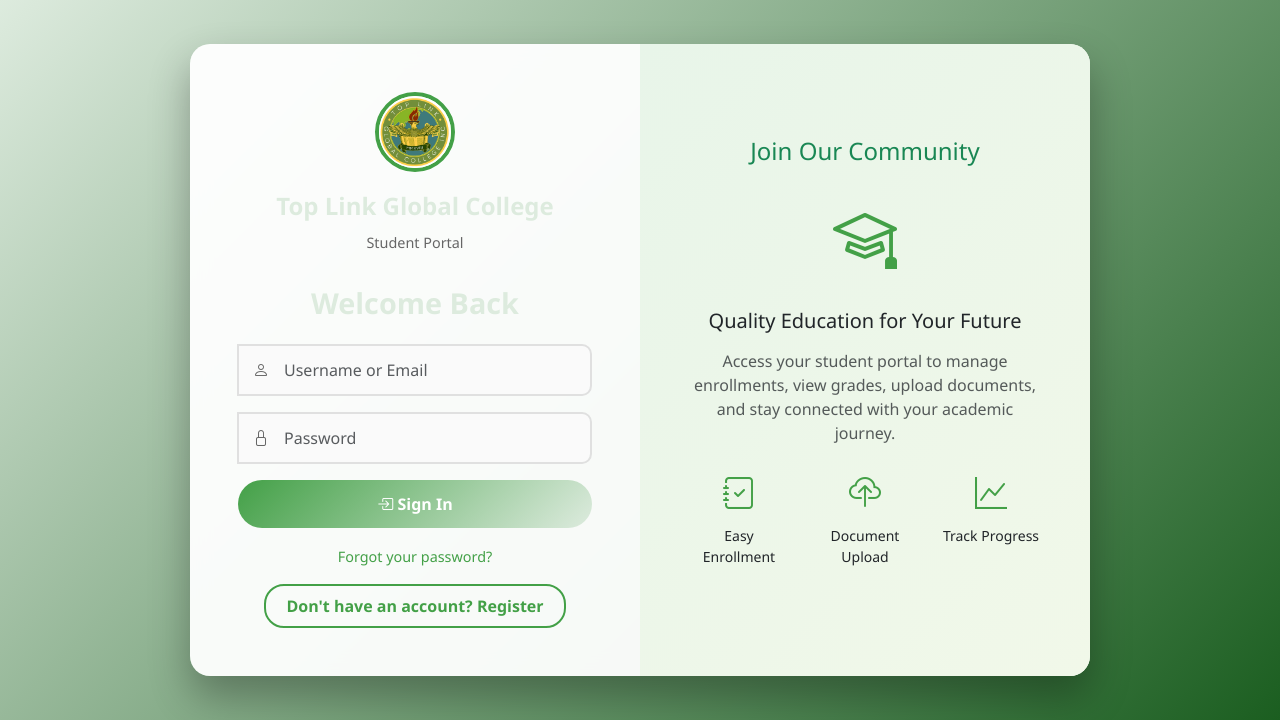
Repository: partymaker01/IT2C_Enrollment_System_SourceCode
Page: http://localhost/IT2C_Enrollment_System_SourceCode/logregfor/login.php
These files come from the project's save history. The page is drawn as it stood at one moment and after the next save; the edit follows.
The browser window is 1280 px wide. The pictures show the whole page.
The page is run by PHP 8.4 with error messages shown; the project is at /var/www/html/.

Above is the page before, as saved 2025-06-08 22:56:34.

### logregfor/login.php
<?php
session_start();

// Redirect if already logged in
if (isset($_SESSION['student_id'])) {
    header("Location: ../student/student-dashboard.php");
    exit;
}

require_once '../db.php';

$message = '';
$messageType = '';

// Handle Registration
if ($_SERVER['REQUEST_METHOD'] === 'POST' && ($_POST['form_action'] ?? '') === 'register') {
    $username = trim($_POST['username'] ?? '');
    $firstName = trim($_POST['first_name'] ?? '');
    $middleName = trim($_POST['middle_name'] ?? '');
    $lastName = trim($_POST['last_name'] ?? '');
    $email = trim($_POST['email'] ?? '');
    $password = $_POST['password'] ?? '';
    $confirmPassword = $_POST['confirm_password'] ?? '';

    $errors = [];

    // Validation
    if (empty($username)) $errors[] = "Username is required.";
    if (empty($firstName)) $errors[] = "First name is required.";
    if (empty($lastName)) $errors[] = "Last name is required.";
    if (empty($email) || !filter_var($email, FILTER_VALIDATE_EMAIL)) $errors[] = "Valid email is required.";
    if (empty($password)) $errors[] = "Password is required.";
    if (strlen($password) < 6) $errors[] = "Password must be at least 6 characters long.";
    if ($password !== $confirmPassword) $errors[] = "Passwords do not match.";

    // Check if username or email already exists
    if (empty($errors)) {
        $stmt = $pdo->prepare("SELECT student_id FROM students WHERE username = ? OR email = ?");
        $stmt->execute([$username, $email]);
        if ($stmt->fetch()) {
            $errors[] = "Username or email already exists.";
        }
    }

    if (empty($errors)) {
        try {
            $hashedPassword = password_hash($password, PASSWORD_DEFAULT);
            $stmt = $pdo->prepare("INSERT INTO students (username, first_name, middle_name, last_name, email, password) VALUES (?, ?, ?, ?, ?, ?)");
            $stmt->execute([$username, $firstName, $middleName, $lastName, $email, $hashedPassword]);

            $message = "Registration successful! You can now log in.";
            $messageType = "success";
        } catch (PDOException $e) {
            $errors[] = "Registration failed. Please try again.";
        }
    }

    if (!empty($errors)) {
        $message = implode('<br>', $errors);
        $messageType = "danger";
    }
}

// Handle Login
if ($_SERVER['REQUEST_METHOD'] === 'POST' && ($_POST['form_action'] ?? '') === 'login') {
    $username = trim($_POST['username'] ?? '');
    $password = $_POST['password'] ?? '';

    if (empty($username) || empty($password)) {
        $message = "Please enter both username and password.";
        $messageType = "warning";
    } else {
        try {
            $stmt = $pdo->prepare("SELECT student_id, password, first_name FROM students WHERE username = ? OR email = ?");
            $stmt->execute([$username, $username]);
            $user = $stmt->fetch();

            if ($user && password_verify($password, $user['password'])) {
                $_SESSION['student_id'] = $user['student_id'];
                $_SESSION['student_name'] = $user['first_name'];
                $_SESSION['login_time'] = time();

                header("Location: ../student/student-dashboard.php");
                exit;
            } else {
                $message = "Invalid username/email or password.";
                $messageType = "danger";
            }
        } catch (PDOException $e) {
            $message = "Login failed. Please try again.";
            $messageType = "danger";
        }
    }
}
?>

<!DOCTYPE html>
<html lang="en">
<head>
    <meta charset="UTF-8">
    <meta name="viewport" content="width=device-width, initial-scale=1">
    <title>Student Portal - Top Link Global College</title>
    <link href="https://cdn.jsdelivr.net/npm/bootstrap@5.3.2/dist/css/bootstrap.min.css" rel="stylesheet">
    <link href="https://cdn.jsdelivr.net/npm/bootstrap-icons@1.11.0/font/bootstrap-icons.css" rel="stylesheet">
    <link rel="icon" href="../picture/tlgc_pic.jpg" type="image/x-icon">
    <style>
        :root {
            --primary-green:rgb(221, 235, 222);
            --light-green: #e8f5e9;
            --accent-green: #43a047;
            --hover-green: #c8e6c9;
            --dark-green: #1b5e20;
        }

        body {
            background: linear-gradient(135deg, var(--primary-green) 0%, var(--dark-green) 100%);
            min-height: 100vh;
            font-family: 'Segoe UI', Tahoma, Geneva, Verdana, sans-serif;
            display: flex;
            align-items: center;
            justify-content: center;
        }

        .login-container {
            background: rgba(255, 255, 255, 0.95);
            backdrop-filter: blur(10px);
            border-radius: 20px;
            box-shadow: 0 20px 40px rgba(0, 0, 0, 0.3);
            overflow: hidden;
            width: 100%;
            max-width: 900px;
            min-height: 600px;
            display: flex;
        }

        .login-form-section {
            flex: 1;
            padding: 3rem;
            display: flex;
            flex-direction: column;
            justify-content: center;
        }

        .register-form-section {
            flex: 1;
            padding: 3rem;
            display: flex;
            flex-direction: column;
            justify-content: center;
            background: linear-gradient(135deg, var(--light-green) 0%, #f1f8e9 100%);
        }

        .school-header {
            text-align: center;
            margin-bottom: 2rem;
        }

        .school-logo {
            width: 80px;
            height: 80px;
            object-fit: cover;
            border-radius: 50%;
            border: 4px solid var(--accent-green);
            margin-bottom: 1rem;
        }

        .school-name {
            color: var(--primary-green);
            font-weight: 700;
            font-size: 1.5rem;
            margin-bottom: 0.5rem;
        }

        .school-subtitle {
            color: #666;
            font-size: 0.9rem;
        }

        .form-title {
            color: var(--primary-green);
            font-weight: 700;
            font-size: 1.8rem;
            margin-bottom: 1.5rem;
            text-align: center;
        }

        .form-control {
            border: 2px solid #e0e0e0;
            border-radius: 10px;
            padding: 12px 15px;
            transition: all 0.3s ease;
            background-color: #fafafa;
        }

        .form-control:focus {
            border-color: var(--accent-green);
            box-shadow: 0 0 0 0.25rem rgba(67, 160, 71, 0.25);
            background-color: #fff;
        }

        .btn-login {
            background: linear-gradient(135deg, var(--accent-green) 0%, var(--primary-green) 100%);
            border: none;
            color: white;
            font-weight: 600;
            padding: 12px 30px;
            border-radius: 25px;
            transition: all 0.3s ease;
            width: 100%;
        }

        .btn-login:hover {
            transform: translateY(-2px);
            box-shadow: 0 8px 20px rgba(67, 160, 71, 0.4);
            color: white;
        }

        .btn-toggle {
            background: transparent;
            border: 2px solid var(--accent-green);
            color: var(--accent-green);
            font-weight: 600;
            padding: 8px 20px;
            border-radius: 20px;
            transition: all 0.3s ease;
            margin-top: 1rem;
        }

        .btn-toggle:hover {
            background: var(--accent-green);
            color: white;
        }

        .form-section {
            display: none;
        }

        .form-section.active {
            display: block;
        }

        .input-group {
            position: relative;
            margin-bottom: 1rem;
        }

        .input-group i {
            position: absolute;
            left: 15px;
            top: 50%;
            transform: translateY(-50%);
            color: #666;
            z-index: 10;
        }

        .input-group .form-control {
            padding-left: 45px;
        }

        .forgot-password {
            text-align: center;
            margin-top: 1rem;
        }

        .forgot-password a {
            color: var(--accent-green);
            text-decoration: none;
            font-size: 0.9rem;
        }

        .forgot-password a:hover {
            text-decoration: underline;
        }

        @media (max-width: 768px) {
            .login-container {
                flex-direction: column;
                margin: 1rem;
                min-height: auto;
            }

            .login-form-section,
            .register-form-section {
                padding: 2rem;
            }
        }
    </style>
</head>
<body>
    <div class="login-container">
        <!-- Login Section -->
        <div class="login-form-section">
            <div class="school-header">
                <img src="../picture/tlgc_pic.jpg" alt="School Logo" class="school-logo">
                <div class="school-name">Top Link Global College</div>
                <div class="school-subtitle">Student Portal</div>
            </div>

            <?php if ($message): ?>
                <div class="alert alert-<?= $messageType ?> alert-dismissible fade show" role="alert">
                    <?= $message ?>
                    <button type="button" class="btn-close" data-bs-dismiss="alert"></button>
                </div>
            <?php endif; ?>

            <!-- Login Form -->
            <div class="form-section active" id="loginForm">
                <h3 class="form-title">Welcome Back</h3>
                <form method="POST" action="">
                    <input type="hidden" name="form_action" value="login">

                    <div class="input-group">
                        <i class="bi bi-person"></i>
                        <input type="text" class="form-control" name="username" placeholder="Username or Email" required>
                    </div>

                    <div class="input-group">
                        <i class="bi bi-lock"></i>
                        <input type="password" class="form-control" name="password" placeholder="Password" required>
                    </div>

                    <button type="submit" class="btn-login">
                        <i class="bi bi-box-arrow-in-right"></i> Sign In
                    </button>
                </form>

                <div class="forgot-password">
                    <a href="forgot-password.php">Forgot your password?</a>
                </div>

                <div class="text-center">
                    <button type="button" class="btn-toggle" onclick="toggleForm()">
                        Don't have an account? Register
                    </button>
                </div>
            </div>

            <!-- Register Form -->
            <div class="form-section" id="registerForm">
                <h3 class="form-title">Create Account</h3>
                <form method="POST" action="">
                    <input type="hidden" name="form_action" value="register">

                    <div class="row">
                        <div class="col-md-6">
                            <div class="input-group">
                                <i class="bi bi-person"></i>
                                <input type="text" class="form-control" name="username" placeholder="Username" required>
                            </div>
                        </div>
                        <div class="col-md-6">
                            <div class="input-group">
                                <i class="bi bi-envelope"></i>
                                <input type="email" class="form-control" name="email" placeholder="Email" required>
                            </div>
                        </div>
                    </div>

                    <div class="row">
                        <div class="col-md-4">
                            <div class="input-group">
                                <i class="bi bi-person-badge"></i>
                                <input type="text" class="form-control" name="first_name" placeholder="First Name" required>
                            </div>
                        </div>
                        <div class="col-md-4">
                            <div class="input-group">
                                <i class="bi bi-person-badge"></i>
                                <input type="text" class="form-control" name="middle_name" placeholder="Middle Name">
                            </div>
                        </div>
                        <div class="col-md-4">
                            <div class="input-group">
                                <i class="bi bi-person-badge"></i>
                                <input type="text" class="form-control" name="last_name" placeholder="Last Name" required>
                            </div>
                        </div>
                    </div>

                    <div class="row">
                        <div class="col-md-6">
                            <div class="input-group">
                                <i class="bi bi-lock"></i>
                                <input type="password" class="form-control" name="password" placeholder="Password" required>
                            </div>
                        </div>
                        <div class="col-md-6">
                            <div class="input-group">
                                <i class="bi bi-lock-fill"></i>
                                <input type="password" class="form-control" name="confirm_password" placeholder="Confirm Password" required>
                            </div>
                        </div>
                    </div>

                    <button type="submit" class="btn-login">
                        <i class="bi bi-person-plus"></i> Create Account
                    </button>
                </form>

                <div class="text-center">
                    <button type="button" class="btn-toggle" onclick="toggleForm()">
                        Already have an account? Sign In
                    </button>
                </div>
            </div>
        </div>

        <!-- Info Section -->
        <div class="register-form-section">
            <div class="text-center">
                <h4 class="text-success mb-4">Join Our Community</h4>
                <div class="mb-4">
                    <i class="bi bi-mortarboard" style="font-size: 4rem; color: var(--accent-green);"></i>
                </div>
                <h5 class="mb-3">Quality Education for Your Future</h5>
                <p class="text-muted mb-4">
                    Access your student portal to manage enrollments, view grades,
                    upload documents, and stay connected with your academic journey.
                </p>
                <div class="row text-center">
                    <div class="col-4">
                        <i class="bi bi-journal-check" style="font-size: 2rem; color: var(--accent-green);"></i>
                        <p class="small mt-2">Easy Enrollment</p>
                    </div>
                    <div class="col-4">
                        <i class="bi bi-cloud-upload" style="font-size: 2rem; color: var(--accent-green);"></i>
                        <p class="small mt-2">Document Upload</p>
                    </div>
                    <div class="col-4">
                        <i class="bi bi-graph-up" style="font-size: 2rem; color: var(--accent-green);"></i>
                        <p class="small mt-2">Track Progress</p>
                    </div>
                </div>
            </div>
        </div>
    </div>

    <script src="https://cdn.jsdelivr.net/npm/bootstrap@5.3.2/dist/js/bootstrap.bundle.min.js"></script>
    <script>
        function toggleForm() {
            const loginForm = document.getElementById('loginForm');
            const registerForm = document.getElementById('registerForm');

            if (loginForm.classList.contains('active')) {
                loginForm.classList.remove('active');
                registerForm.classList.add('active');
            } else {
                registerForm.classList.remove('active');
                loginForm.classList.add('active');
            }
        }

        // Form validation
        document.querySelectorAll('form').forEach(form => {
            form.addEventListener('submit', function(e) {
                const passwords = this.querySelectorAll('input[type="password"]');
                if (passwords.length === 2) {
                    if (passwords[0].value !== passwords[1].value) {
                        e.preventDefault();
                        alert('Passwords do not match!');
                        return false;
                    }
                    if (passwords[0].value.length < 6) {
                        e.preventDefault();
                        alert('Password must be at least 6 characters long!');
                        return false;
                    }
                }
            });
        });
    </script>
</body>
</html>

### db.php
<?php
$servername = "localhost";
$username = "root";
$password = "";
$database = "enrollment_system";

// Create connection
$conn = new mysqli($servername, $username, $password, $database);

// Check connection
if ($conn->connect_error) {
    die("Connection failed: " . $conn->connect_error);
}
?>

After the next save:
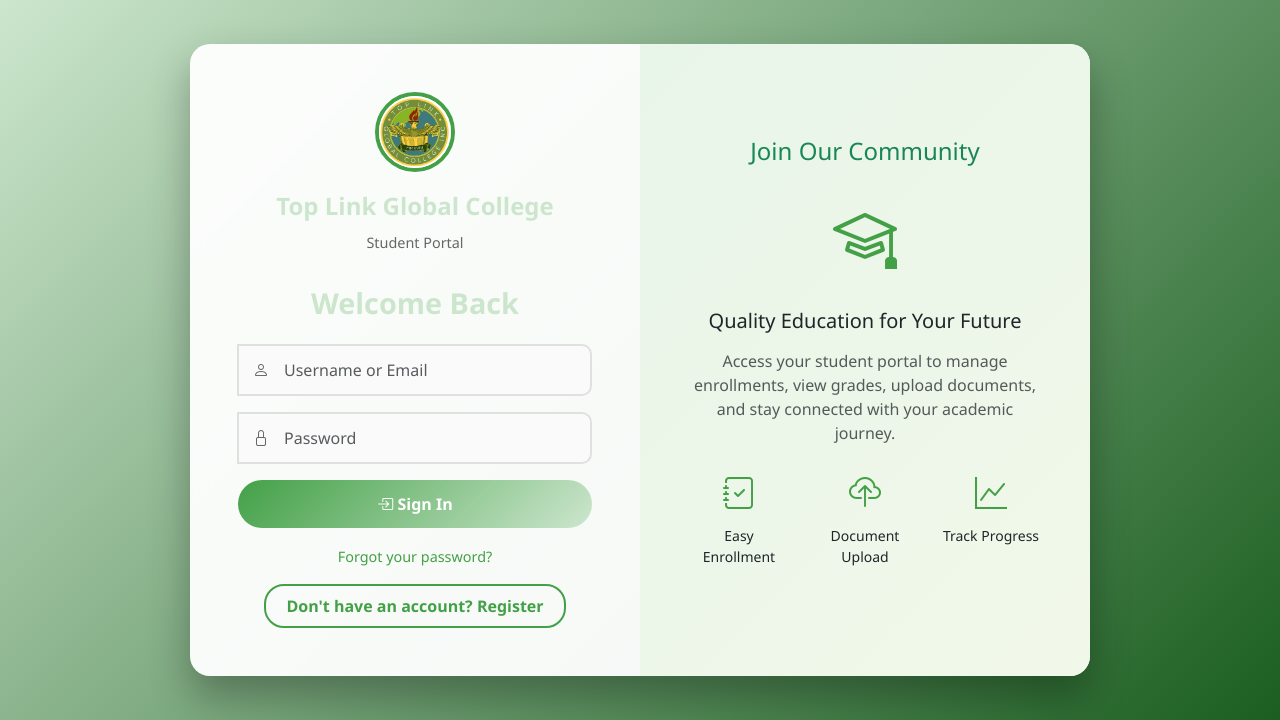
Saved 10 s later.
--- a/logregfor/login.php
+++ b/logregfor/login.php
@@ -105,7 +105,7 @@
     <link rel="icon" href="../picture/tlgc_pic.jpg" type="image/x-icon">
     <style>
         :root {
-            --primary-green:rgb(221, 235, 222);
+            --primary-green:rgb(204, 230, 205);
             --light-green: #e8f5e9;
             --accent-green: #43a047;
             --hover-green: #c8e6c9;
